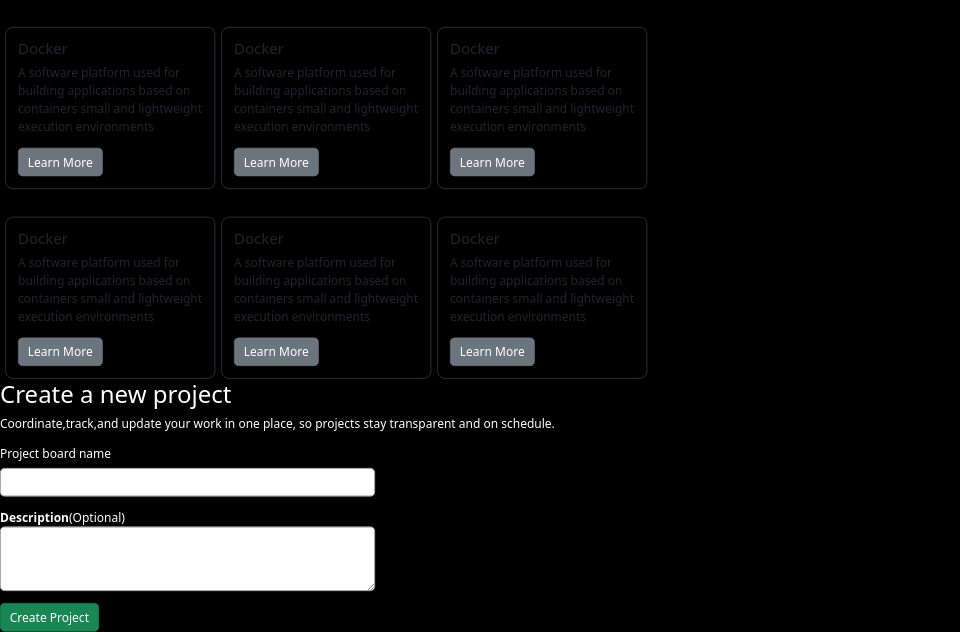
Repository: NSS-Evening-25-Cohort/e25-gitsub-control-alt-defeat
Page: index.html
These files come from the project's save history. The page is drawn as it stood at one moment and after a run of saves; the edit follows.
The browser window is 1280 px wide. The pictures show the whole page, at 75% of full size.

Above is the page before, as saved 2023-11-07 19:25:04.

### index.html
<!DOCTYPE html>
<html lang="en">
  <head>
    <meta charset="UTF-8" />
    <meta name="viewport" content="width=device-width, initial-scale=1.0" />
    <link
      rel="stylesheet"
      href="https://cdn.jsdelivr.net/npm/bootstrap@5.3.2/dist/css/bootstrap.min.css"
    />
    <link rel="stylesheet" href="main.css" />
    <title>Document</title>
  </head>
  <body>
    <div id="app2"></div>
    <div id="app1"></div>
    <script src="	https://cdn.jsdelivr.net/npm/bootstrap@5.3.2/dist/js/bootstrap.bundle.min.js"></script>
    <div class="packageHeader"><h2>Create a new project</h2>
      <p>Coordinate,track,and update your work in one place, so projects stay transparent and on schedule.</p>
    </div>

    <form>
        <div class="mb-3">
        <label for="exampleInputEmail1" class="form-label" id="boardName">Project board name</label>
        <input type="text" class="form-control" class="packageForm" id="projectBoardName" aria-describedby="emailHelp">
      </div>
      <div class="form-group mb-3">
        <label for="exampleFormControlTextarea1" id="descriptionName" class="packageForm"><B>Description</B>(Optional)</label>
        <textarea class="form-control" id="projectDescription" rows="3"></textarea>
      </div>
      </div>
      <button type="submit" class="btn btn-success">Create Project</button>
    </form>

    <script src="main.js"></script>

  </body>
</html>

### main.css
body {
  background-color: black;
}

#app1{
  flex-wrap: wrap;
  display: flex;
  width: 900px;
}

.mb-3{
  width:500px;
  color: white;
}

.packageHeader{
  color:white;
}

.card-body{
  border: solid rgb(58, 58, 65) 1px;
  border-radius: 10px;
  background-color:black;
}

.card{
  background-color:black;
  padding-left: 6px;
  padding-top: 35px;
}

### main.js
const packageCards =[
  {
    id: 1,
    name: "Docker",
    info: "A software platform used for building applications based on containers small and lightweight execution environments",
  },
  {
    id: 2,
    name: "Docker",
    info: "A software platform used for building applications based on containers small and lightweight execution environments"
  },
  {
    id: 3,
    name: "Docker",
    info: "A software platform used for building applications based on containers small and lightweight execution environments"
  },
  {
    id: 4,
    img: "image",
    name: "Docker",
    info: "A software platform used for building applications based on containers small and lightweight execution environments"
  },
  {
    id: 5,
    imageURL: "https://www.google.com/url?sa=i&url=https%3A%2F%2Fwww.creativebloq.com%2Fnews%2Ftwitter-logo-history&psig=AOvVaw3y8LYKl_CxiwL2W_oTsGUa&ust=1699413723681000&source=images&cd=vfe&ved=0CBEQjRxqFwoTCKD7mcz3sIIDFQAAAAAdAAAAABAE",
    name: "Docker",
    info: "A software platform used for building applications based on containers small and lightweight execution environments"
  },
  {
    id: 6,
    name: "Docker",
    info: "A software platform used for building applications based on containers small and lightweight execution environments"
  },
];

const app1 = document.querySelector("#app1");
const app2 = document.querySelector("#app2");

const renderToDom = (packageCards) =>{

  let domString = "";

  for(let card of packageCards){
    domString += `<div class="card" style="width: 18rem;">
    <div class="card-body">
      <h5>${card.name}</h5>
      <p class="card-text">${card.info}</p>
      <button type="button" class="btn btn-secondary">Learn More</button>
    </div>
  </div>`
  }
  const app1 = document.querySelector("#app1")
  app1.innerHTML = domString
}
renderToDom(packageCards)


const form = document.querySelector("form");

const createPackage = (event) =>{
  event.preventDefault();

  const newPackage = {
    id: packageCards.length +1,
    name: document.querySelector("#projectBoardName").value,
    info: document.querySelector("#projectDescription").value,
  }
  packageCards.push(newPackage);
  renderToDom(packageCards);
  form.reset();
}
form.addEventListener("submit", createPackage)

After the next 2 saves:
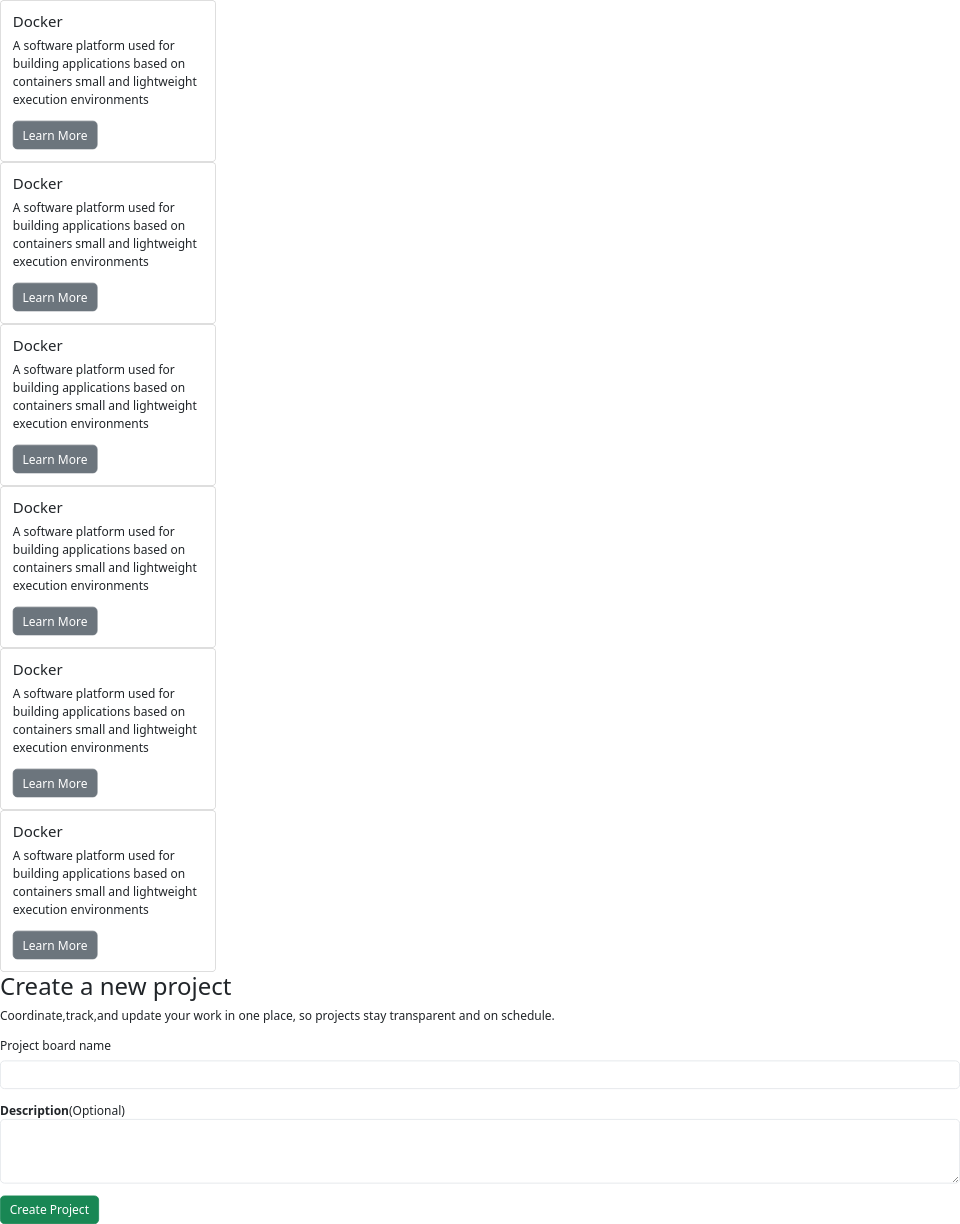
The 2 saves are shown as one change because they came seconds apart.
The last was saved 11 s later.
--- a/main.css
+++ b/main.css
@@ -1,30 +1,68 @@
-body {
+/* body {
   background-color: black;
+  display: flex;
+  flex-direction: column;
 }
 
-#app1{
-  flex-wrap: wrap;
+.headerPlacement {
   display: flex;
-  width: 900px;
+  justify-content: end;
 }
 
-.mb-3{
-  width:500px;
-  color: white;
+header {
+  margin: 3%;
+  height: 3rem;
+  width: 65%;
+  justify-content: left;
+  display: flex;
+  gap: 5%;
+  background-color: blue;
 }
 
-.packageHeader{
-  color:white;
+#sidebar {
+  background-color: blueviolet;
+  float: left;
+  margin-right: 8%;
+  width: 175px;
 }
 
-.card-body{
-  border: solid rgb(58, 58, 65) 1px;
-  border-radius: 10px;
-  background-color:black;
+.appContainer {
+  display: flex;
+  justify-content: center;
+  margin: 3%;
 }
 
-.card{
-  background-color:black;
-  padding-left: 6px;
-  padding-top: 35px;
+#app1 {
+  background-color: aqua;
+  height: 250px;
+  width: 400px;
 }
+
+#app2 {
+  margin-top: 5%;
+  background-color: blue;
+  height: 250px;
+}
+
+.footer {
+  background-color: aquamarine;
+  display: flex;
+  justify-content: center;
+  gap: 10%;
+}   */
+
+.footer img {
+  width: 10px;
+  height: 10px;
+  border-radius: 10px;
+  margin-right: 10px;
+}
+#app2 {
+  display: flex;
+  flex-wrap: wrap;
+}
+.footer {
+  display:flex;
+  flex-wrap: wrap;
+  gap:20px;
+}
